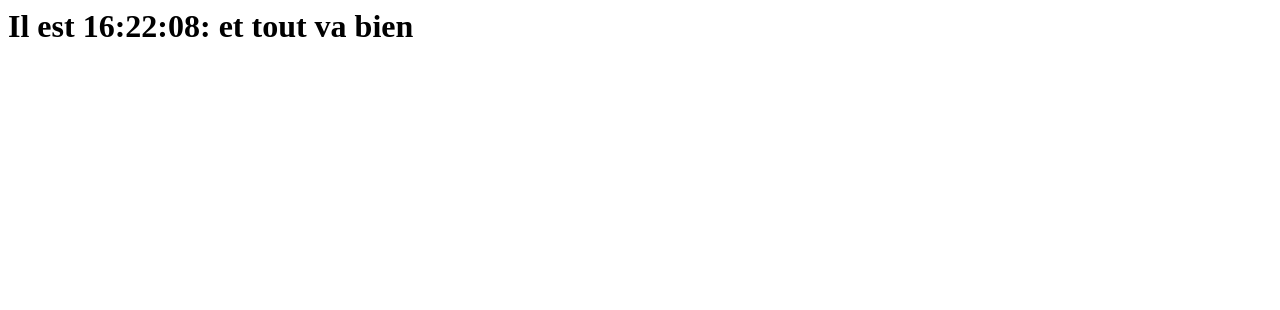
Repository: QuentinFayt/base-php-2021
Page: http://localhost/ouverture php+heure du serveur_exercice.php
The author's editor kept a copy of each file at every save. The page is drawn from the files as they stood at one save, then again after the next save.
The browser window is 1280 px wide. The pictures show the whole page.
The page is run by PHP 8.4 with error messages shown; the project is at /var/www/html/.

Above is the page before, as saved 2021-07-05 14:20:48.

After the next save:
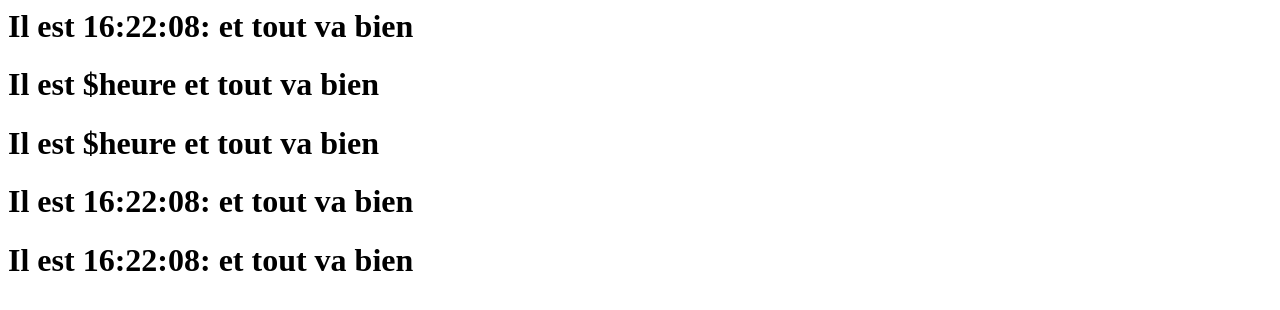
Saved 22 min 46 s later.
--- a/ouverture php+heure du serveur_exercice.php
+++ b/ouverture php+heure du serveur_exercice.php
@@ -3,3 +3,7 @@
 $heure = date("H:i:s:");
 
 echo "<h1>Il est $heure et tout va bien</h1>";
+echo '<h1>Il est $heure et tout va bien</h1>';
+echo '<h1>Il est $heure et tout va bien</h1>';
+echo '<h1>Il est '.$heure.' et tout va bien</h1>';
+echo '<h1>Il est ',$heure,' et tout va bien</h1>';
